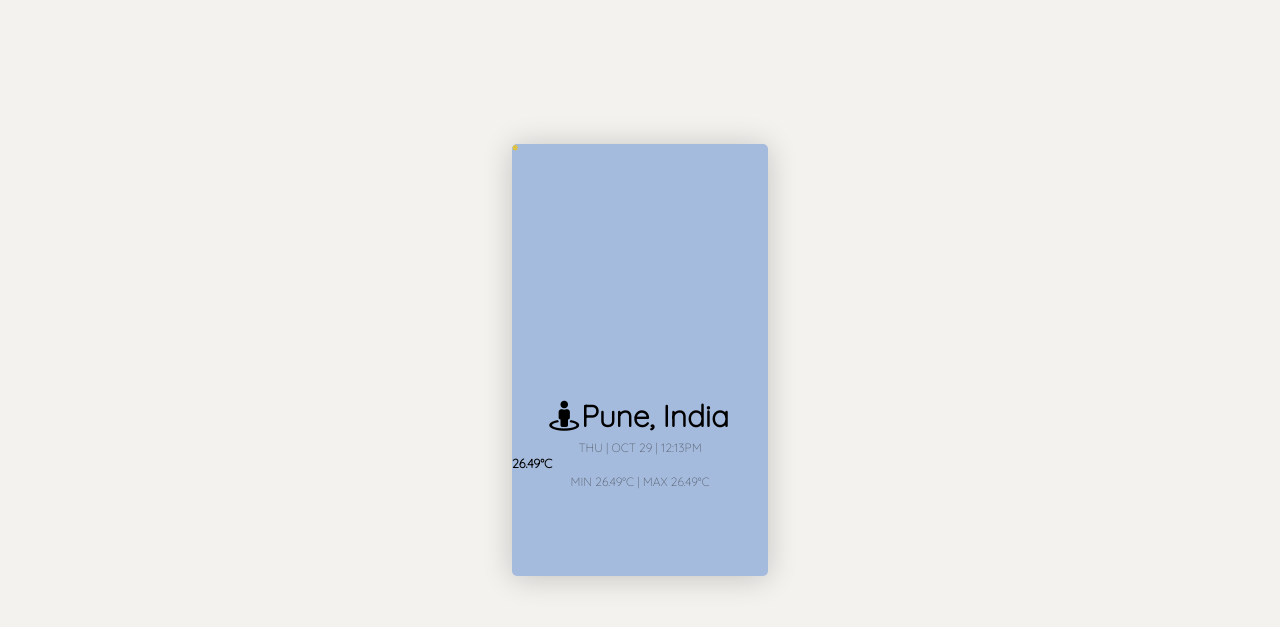
Repository: AalokJadhav/Weather_Website
Page: home.html
The author's editor kept a copy of each file at every save. The page is drawn from the files as they stood at one save, then again after the next save.
The browser window is 1280 px wide. The pictures show the whole page.
Some web libraries are served in a nearby version.

Above is the page before, as saved 2020-10-29 12:42:45.

After the next save:
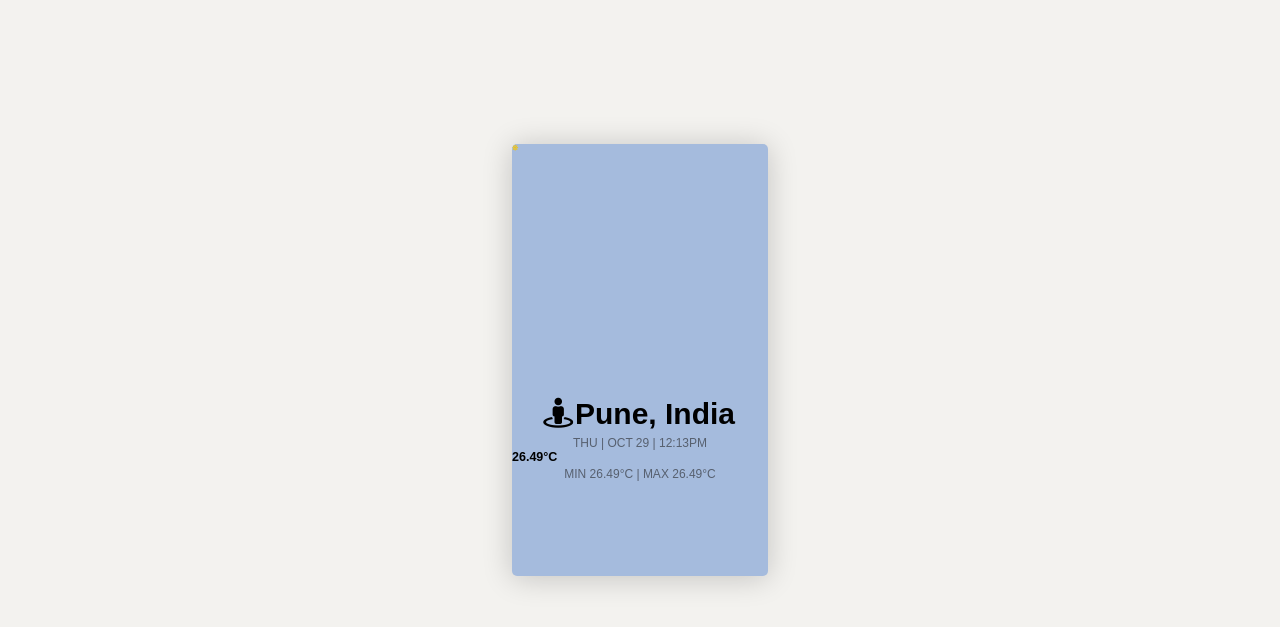
Saved 4 min 43 s later.
--- a/home.html
+++ b/home.html
@@ -5,7 +5,6 @@
     <meta name="viewport" content="width=device-width, initial-scale=1.0">
     <link rel="stylesheet" href="https://cdnjs.cloudflare.com/ajax/libs/font-awesome/5.10.0/css/all.min.css" integrity="sha512-PgQMlq+nqFLV4ylk1gwUOgm6CtIIXkKwaIHp/PAIWHzig/lKZSEGKEysh0TCVbHJXCLN7WetD8TFecIky75ZfQ==" crossorigin="anonymous" />
     <style>
-        @import url('https://fonts.googleapis.com/css2?family=Quicksand:wght@300&display=swap');
         * {
           padding: 0;
           margin: 0;
